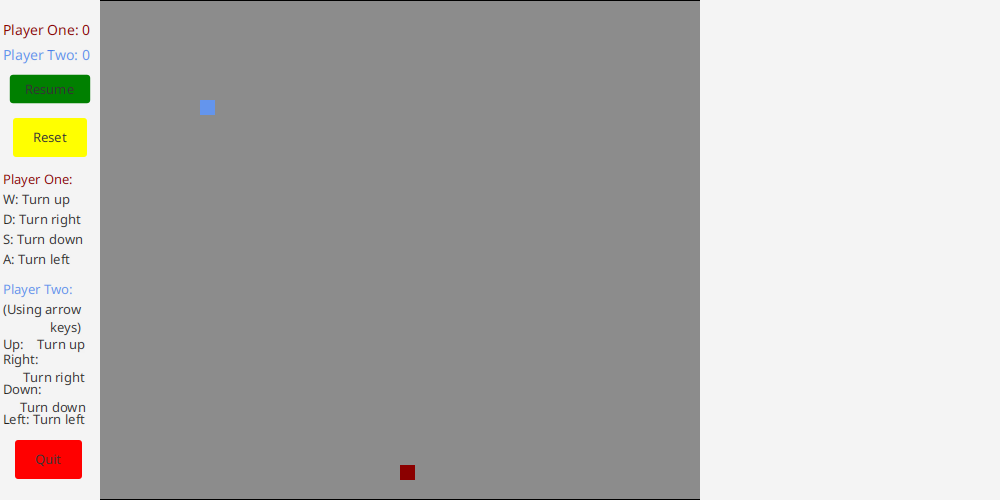
Repository: tannerrimes12/Tron-Completed
Program's window: java Tron/src/application/Main.java
The author's editor kept a copy of each file at every save. The program's window is drawn from the files as they stood at one save, then again after the next save.
It runs on Java 21 on a 1366 x 768 screen with JavaFX 11; the title bar is not drawn. The picture is taken after one second of simulated time with no key pressed.

Above is the program's window before, as saved 2018-05-24 17:55:50.

After the next save:
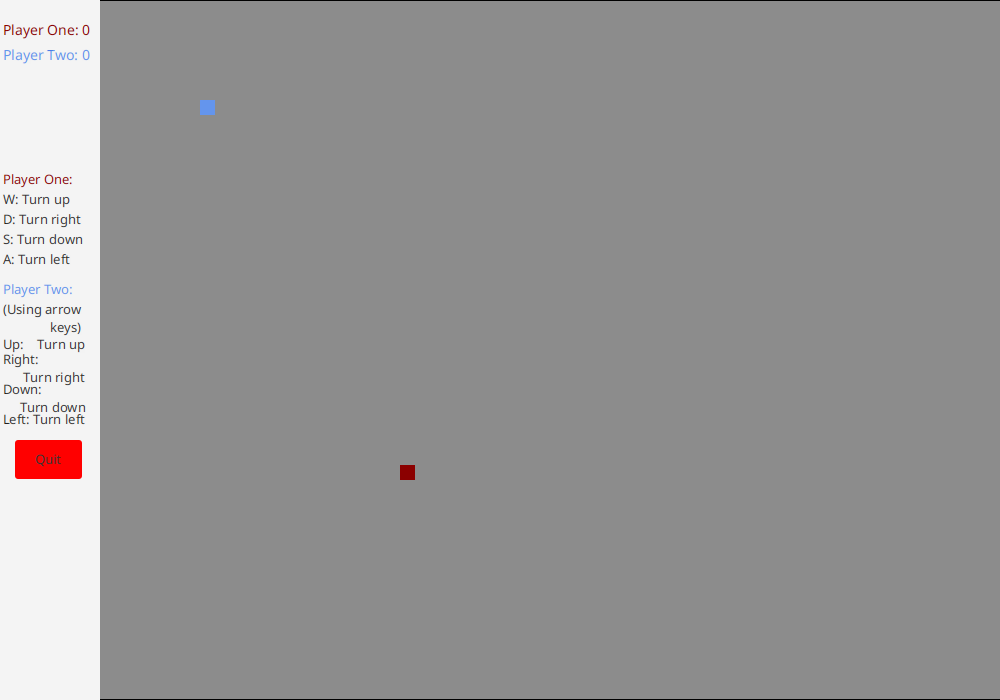
Saved 49 s later.
--- a/Tron/src/application/Main.java
+++ b/Tron/src/application/Main.java
@@ -33,7 +33,7 @@
 		root.setOnKeyPressed(controller);
 
 		// Initializes visual scene of the game.
-		Scene scene = new Scene(root, 700, 500, Color.WHITE);
+		Scene scene = new Scene(root, 1000, 700, Color.WHITE);
 		primaryStage.setScene(scene);
 		primaryStage.show();
 
